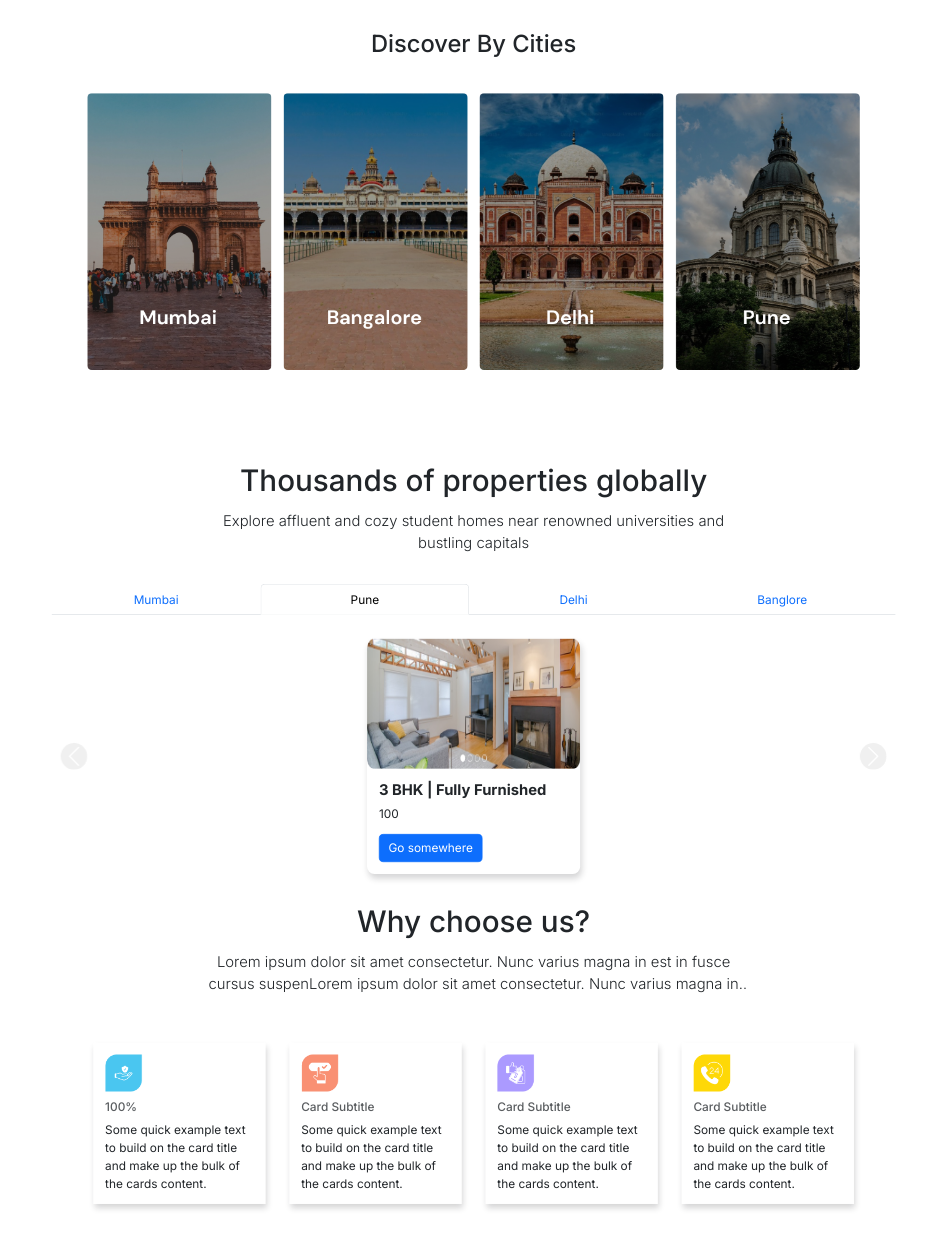
Repository: suyashagrahari/assignment
Page: /
The author's editor kept a copy of each file at every save. The page is drawn from the files as they stood at one save, then again after the next save.
The browser window is 1280 px wide. The pictures show the whole page, at 74% of full size.
The project was rebuilt for these pictures with package versions that can differ from the ones it lists, and the page was loaded fresh each time. The framework's server and built-in components were replaced by stand-ins that run in the browser. Also part of the build but not shown: next.config.mjs, src/app/page.module.css, src/components/Headline.jsx.

Above is the page before, as saved 2024-03-27 16:30:13.

### src/components/Grid.jsx
import React from "react";
import Image from "next/image";
import { Button, Col, Container, Row } from "react-bootstrap";
import first from "../../public/image/Mumbai.png";
import second from "../../public/image/Banglore.png";
import third from "../../public/image/Delhi.png";
import forth from "../../public/image/Pune.png";
const Grid = () => {
  return (
    <div className="container-fluid">
      <div className="row row-cols-1 row-cols-sm-2 row-cols-md-3 row-cols-lg-4 g-3 p-4">
        <div className="col grid-item">
          <Image
            src={first}
            alt="Image 1"
            layout="responsive"
            objectFit="cover"
            className="img-fluid rounded"
          />
        </div>
        <div className="col grid-item">
          <Image
            src={second}
            alt="Image 2"
            layout="responsive"
            objectFit="cover"
            className="img-fluid rounded"
          />
        </div>
        <div className="col grid-item">
          <Image
            src={third}
            alt="Image 3"
            layout="responsive"
            objectFit="cover"
            className="img-fluid rounded"
          />
        </div>
        <div className="col grid-item">
          <Image
            src={forth}
            alt="Image 4"
            layout="responsive"
            objectFit="cover"
            className="img-fluid rounded"
          />
        </div>
      </div>
    </div>
  );
};

export default Grid;

### src/components/Tabbing.jsx
"use client";
import Tab from "react-bootstrap/Tab";
import Tabs from "react-bootstrap/Tabs";
import Img from "../../public/image/Img-1.png";
import Image from "next/image";
import MyCarousel from "./Carousal";
function Tabbing() {
  return (
    <>
      <Tabs
        defaultActiveKey="profile"
        id="justify-tab-example"
        className="mb-3"
        justify
      >
        <Tab eventKey="home" title="Mumbai">
          <MyCarousel />
        </Tab>
        <Tab eventKey="profile" title="Pune">
          <MyCarousel />
        </Tab>
        <Tab eventKey="longer-tab" title="Delhi">
          <MyCarousel />
        </Tab>
        <Tab eventKey="contact" title="Banglore">
          <MyCarousel />
        </Tab>
      </Tabs>
    </>
  );
}

export default Tabbing;

### src/components/Footer.jsx
import Card from "react-bootstrap/Card";
import Icon_1 from "../../public/image/icon-1.png";
import Icon_2 from "../../public/image/icon-2.png";
import Icon_3 from "../../public/image/icon-3.png";
import Icon_4 from "../../public/image/icon-4.png";
import Image from "next/image";

function Footer() {
  return (
    <div className="container-fluid">
      <div className="row row-cols-1 row-cols-md-2 row-cols-lg-4 g-3 p-4">
        <div className="col">
          <Card>
            <Card.Body>
              <div className="d-flex justify-content-center mb-3 image">
                <Image src={Icon_1} alt="icon" />
              </div>
              <Card.Subtitle className="mb-2 text-muted ">100%</Card.Subtitle>
              <Card.Text className="">
                Some quick example text to build on the card title and make up
                the bulk of the cards content.
              </Card.Text>
            </Card.Body>
          </Card>
        </div>
        <div className="col">
          <Card>
            <Card.Body>
              <div className="d-flex justify-content-center mb-3 image">
                <Image src={Icon_2} alt="icon" />
              </div>
              <Card.Subtitle className="mb-2 text-muted ">
                Card Subtitle
              </Card.Subtitle>
              <Card.Text className="">
                Some quick example text to build on the card title and make up
                the bulk of the cards content.
              </Card.Text>
            </Card.Body>
          </Card>
        </div>
        <div className="col">
          <Card>
            <Card.Body>
              <div className="d-flex justify-content-center mb-3 image">
                <Image src={Icon_3} alt="icon" />
              </div>
              <Card.Subtitle className="mb-2 text-muted ">
                Card Subtitle
              </Card.Subtitle>
              <Card.Text className="">
                Some quick example text to build on the card title and make up
                the bulk of the cards content.
              </Card.Text>
            </Card.Body>
          </Card>
        </div>
        <div className="col">
          <Card>
            <Card.Body>
              <div className="d-flex justify-content-center mb-3 image">
                <Image src={Icon_4} alt="icon" />
              </div>
              <Card.Subtitle className="mb-2 text-muted ">
                Card Subtitle
              </Card.Subtitle>
              <Card.Text className="">
                Some quick example text to build on the card title and make up
                the bulk of the cards content.
              </Card.Text>
            </Card.Body>
          </Card>
        </div>
      </div>
    </div>
  );
}

export default Footer;

### src/components/Carousal.jsx
import React from "react";
import Carousel from "react-bootstrap/Carousel";
import Button from "react-bootstrap/Button";
import Card from "react-bootstrap/Card";
import Img from "../../public/image/Img-1.png";
import Image from "next/image";

const recipes = [
  {
    size: "2 BHK",
    name: "Fully Furnished",
    img: Img,
    price: 100,
    content: "Hello",
    location: "Goregaon, Array colony",
  },
  {
    size: "3 BHK",
    name: "Fully Furnished",
    img: Img,
    price: 100,
    content: "Hello",
  },
  {
    size: "4 BHK",
    name: "Fully Furnished",
    img: Img,
    price: 100,
    content: "Hello",
  },
  {
    size: "3 BHK",
    name: "Fully Furnished",
    img: Img,
    price: 100,
    content: "Hello",
  },
];

const MyCarousel = () => {
  const reduceRecipes = (acc, cur, index) => {
    const groupIndex = Math.floor(index / 3);
    if (!acc[groupIndex]) acc[groupIndex] = [];
    acc[groupIndex].push(cur);
    console.log(acc);
    return acc;
  };

  return (
    <Carousel>
      {recipes.reduce(reduceRecipes, []).map((item, index) => (
        <Carousel.Item key={index}>
          <div className="d-flex justify-content-center">
            {item.map((item, index) => {
              return (
                <Card
                  key={index}
                  style={{ width: "18rem", borderRadius: "10px" }}
                >
                  <Image src={item.img} alt="" className="card-img-top" />
                  <Card.Body className="text-left">
                    <Card.Title className="fw-bold">
                      {item.size} | {item.name}
                    </Card.Title>
                    <Card.Text className="mb-3">{item.price}</Card.Text>
                    <Button variant="primary">Go somewhere</Button>
                  </Card.Body>
                </Card>
              );
            })}
          </div>
        </Carousel.Item>
      ))}
    </Carousel>
  );
};

export default MyCarousel;

Loaded but not shown: src/app/layout.js (common file); src/app/page.js (common file); src/app/globals.css (common file)

After the next save:
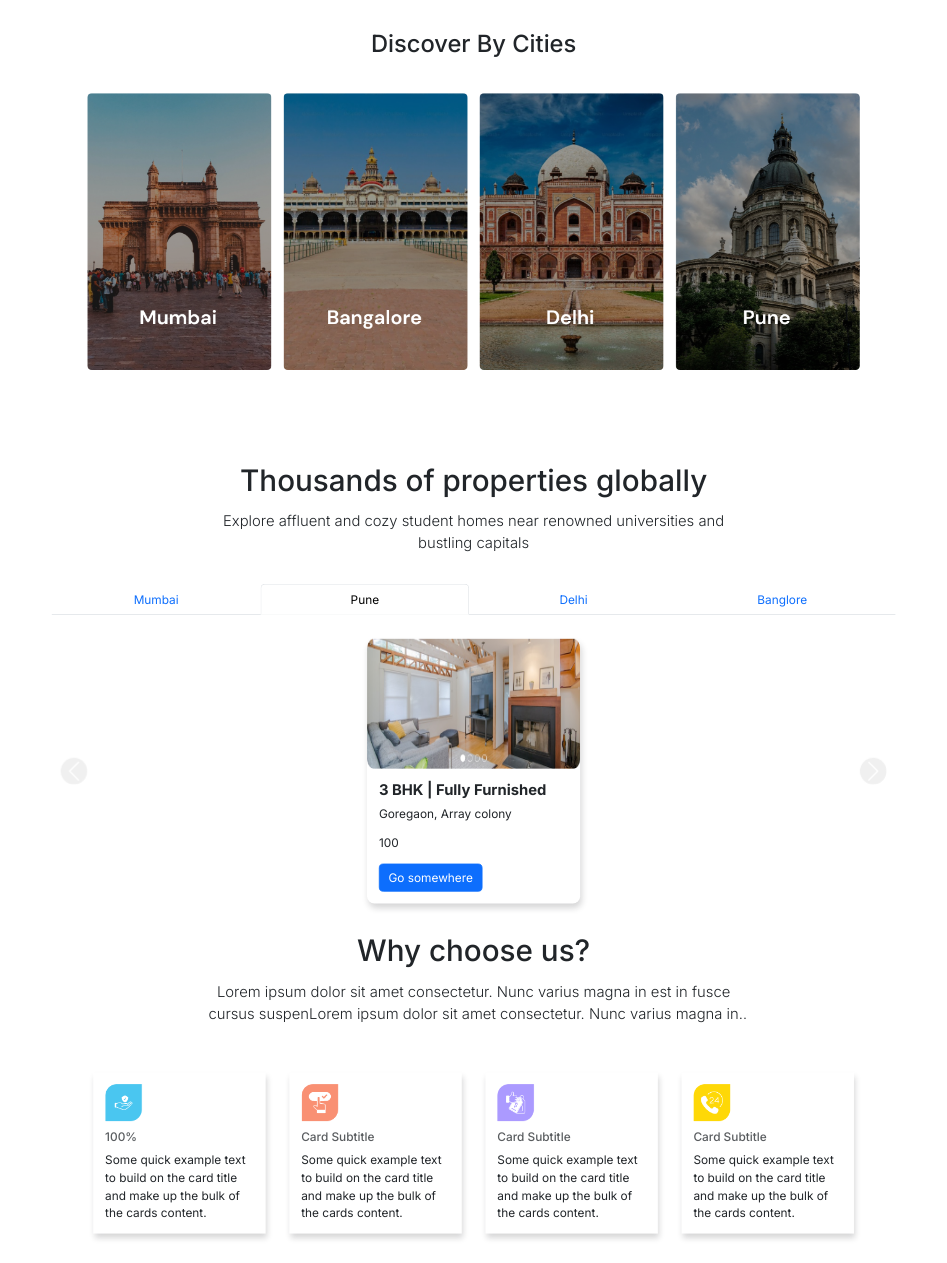
Saved 45 s later.
--- a/src/components/Carousal.jsx
+++ b/src/components/Carousal.jsx
@@ -20,6 +20,7 @@ const recipes = [
     img: Img,
     price: 100,
     content: "Hello",
+    location: "Goregaon, Array colony",
   },
   {
     size: "4 BHK",
@@ -27,6 +28,7 @@ const recipes = [
     img: Img,
     price: 100,
     content: "Hello",
+    location: "Goregaon, Array colony",
   },
   {
     size: "3 BHK",
@@ -34,6 +36,7 @@ const recipes = [
     img: Img,
     price: 100,
     content: "Hello",
+    location: "Goregaon, Array colony",
   },
 ];
 
@@ -62,6 +65,7 @@ const MyCarousel = () => {
                     <Card.Title className="fw-bold">
                       {item.size} | {item.name}
                     </Card.Title>
+                    <Card.Text className="mb-3">{item.location}</Card.Text>
                     <Card.Text className="mb-3">{item.price}</Card.Text>
                     <Button variant="primary">Go somewhere</Button>
                   </Card.Body>
